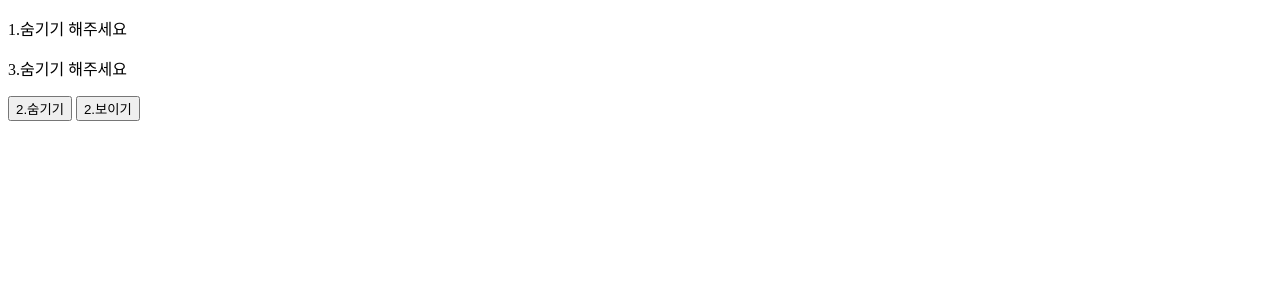
Repository: yoojisoo/YONSAI
Page: http://localhost/teatJava/html/test02.jsp
The author's editor kept a copy of each file at every save. The page is drawn from the files as they stood at one save, then again after the next save.
The browser window is 1280 px wide. The pictures show the whole page.
After loading, the first visible `#h` was clicked once.
The page is served by Tomcat 9.

Above is the page before, as saved 2021-08-20 03:24:30.

After the next save:
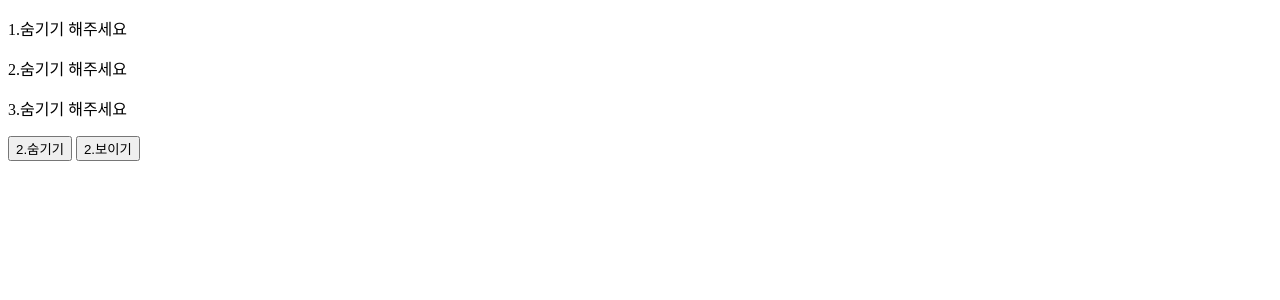
Saved 94 s later.
--- a/jsworkspace/teatJava/src/main/webapp/html/test02.jsp
+++ b/jsworkspace/teatJava/src/main/webapp/html/test02.jsp
@@ -9,14 +9,16 @@
 <script src="../js/jquery-3.6.0.js"></script> <!--제이쿼리라이브러리-->
 <script>
 	$(document).ready(function(){ //문서준비 이벤트 코드
-		//$("p").hide();
-		//$("#t1").hide();
-		//$(".c1").hide();
+// 		$("p").hide();
+// 		$("#t1").hide();
+// 		$(".c1").hide();
 		$("#h").click(function(){
-			$("#t1").hide("slow");
+// 			$("#t1").hide("slow");
+			$("#t1").fadeIn("slow");
 		});
 		$("#s").click(function(){
-			$("#t1").show("slow");
+// 			$("#t1").show("slow");
+			$("#t1").fadeOut("slow");
 		});
 	});
 

After the save that followed:
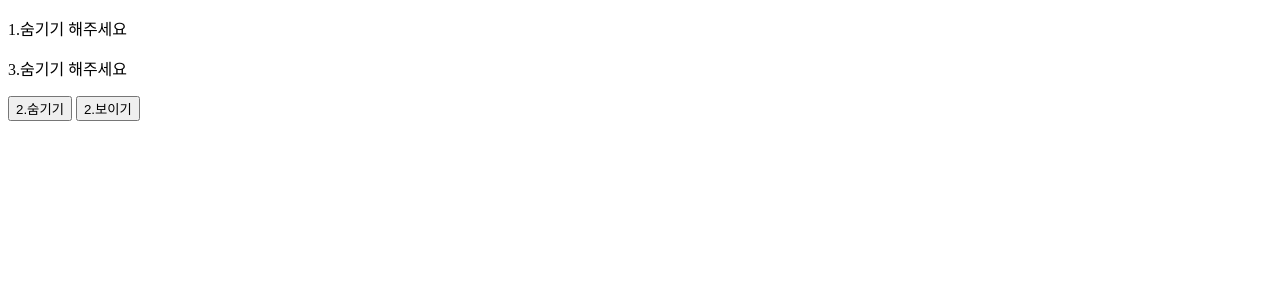
Saved 45 s later.
--- a/jsworkspace/teatJava/src/main/webapp/html/test02.jsp
+++ b/jsworkspace/teatJava/src/main/webapp/html/test02.jsp
@@ -14,11 +14,11 @@
 // 		$(".c1").hide();
 		$("#h").click(function(){
 // 			$("#t1").hide("slow");
-			$("#t1").fadeIn("slow");
+			$("#t1").fadeOut("slow");
 		});
 		$("#s").click(function(){
 // 			$("#t1").show("slow");
-			$("#t1").fadeOut("slow");
+			$("#t1").fadeIn("slow");
 		});
 	});
 
